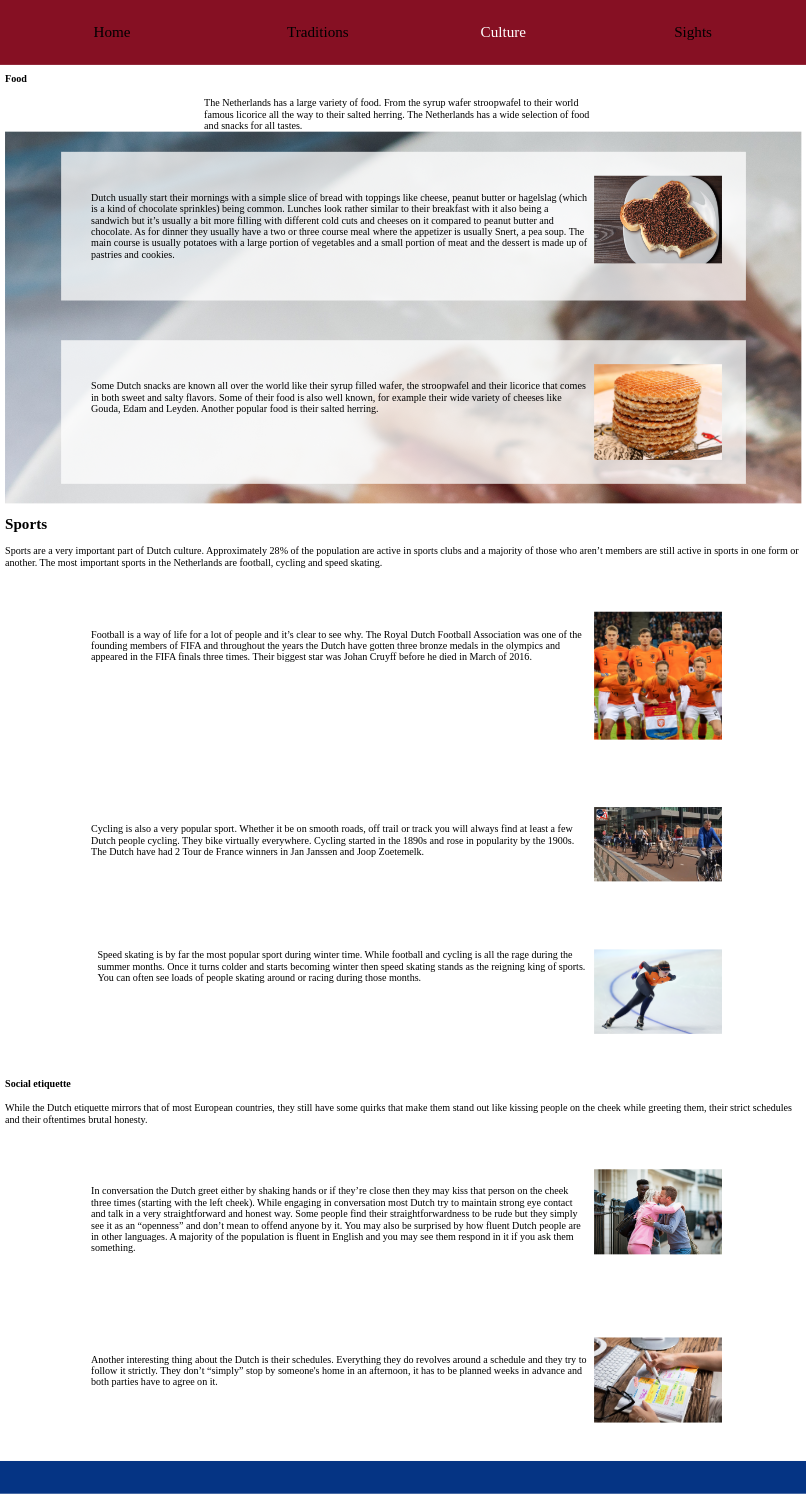
Repository: Cornman63/The-netherlands
Page: html/culture.html
The author's editor kept a copy of each file at every save. The page is drawn from the files as they stood at one save, then again after the next save.
The browser window is 1280 px wide. The pictures show the whole page, at 63% of full size.

Above is the page before, as saved 2023-05-28 12:51:12.

After the next save:
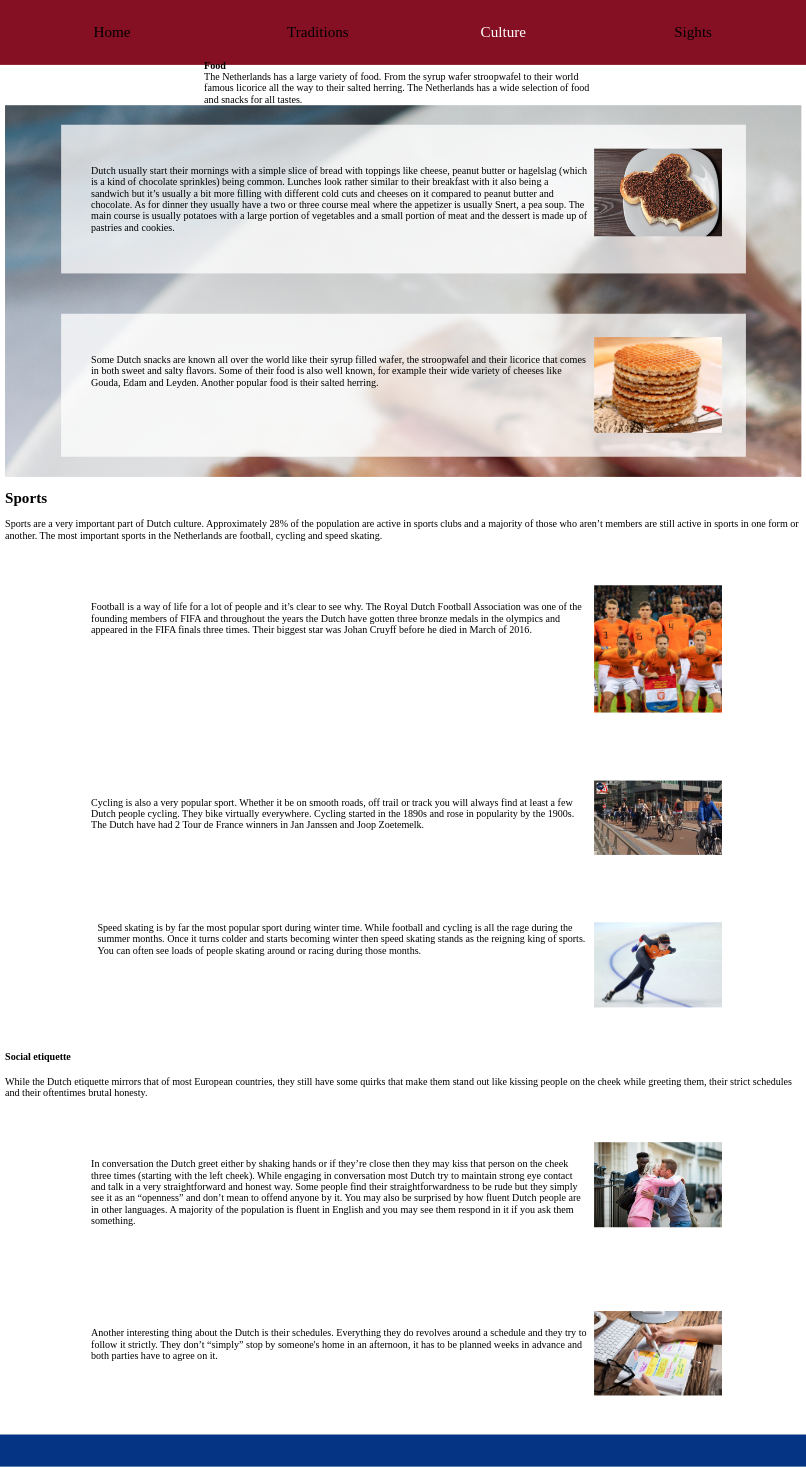
Saved 4 s later.
--- a/CSS/style2.css
+++ b/CSS/style2.css
@@ -46,7 +46,7 @@ footer{
     background-image: url(../images/herring.jpg);
     border: 5%;
 }
-.food,.foodh {
+.food,#foodh {
     margin: auto;
     width: 50%;
 }
